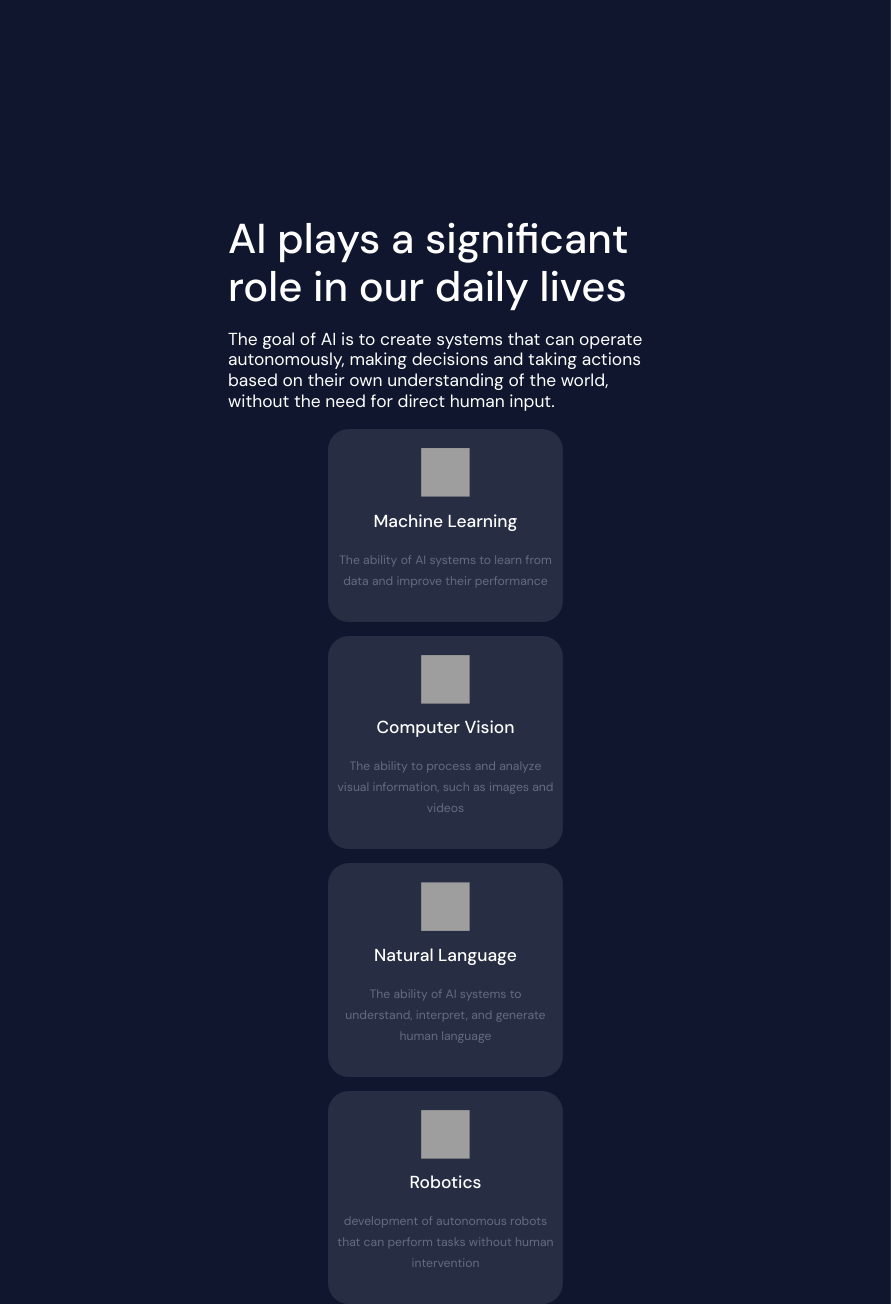
Repository: guli95/four-areas-of-AI-INVO-ACAdemy
Page: /
An editor plug-in stored every save of this project. The page is shown before and after the next save, followed by the edit.
The browser window is 1024 px wide. The pictures show the whole page, at 87% of full size.
Pictures or frames that could not be fetched are drawn as grey boxes. The project was rebuilt for these pictures with package versions that can differ from the ones it lists, and the page was loaded fresh each time.

Above is the page before, as saved 2023-03-13 16:01:18.

### index.html
<!DOCTYPE html>
<html lang="en">

<head>
  <meta charset="UTF-8" />
  <link rel="icon" type="image/svg+xml" href="/vite.svg" />
  <meta name="viewport" content="width=device-width, initial-scale=1.0" />
  <title>Four AI areas</title>
</head>

<!-- In order to start your challenge, remove all the content inside <div id="home-page"></div> and start coding :) -->

<body>
  <div id="home-page">
    <div class="flexbox-container">
      <div class="heading-wrapper">
        <h1 class="heading-title">AI plays a significant role in our daily lives</h1>
        <p class="heading-text">The goal of AI is to create systems that can operate autonomously, making decisions and taking actions based on their own understanding of the world, without the need for direct human input.</p>
      </div>
      <div class="card-container">
        <a href="" class="card-link">
        <div class="card">
          <img src="./public/images/card-icon1.png" alt="" class="card-img" role="presentation">
          <h3 class="card-title">Machine Learning</h3>
          <p class="card-text">The ability of AI systems to learn from data and improve their performance</p>
        </div>
        </a>
        <a href="" class="card-link">
        <div class="card">
          <img src="./public/images/card-icon2.png" alt="" class="card-img" role="presentation">
          <h3 class="card-title">Computer Vision</h3>
          <p class="card-text">The ability to process and analyze visual information, such as images and videos</p>
        </div>
        </a>
        <a href="" class="card-link">
        <div class="card">
          <img src="./public/images/card-icon3.png" alt="" class="card-img" role="presentation">
          <h3 class="card-title">Natural Language</h3>
          <p class="card-text">The ability of AI systems to understand, interpret, and generate human language</p>
        </div>
        </a>
        <a href="" class="card-link">
        <div class="card">
          <img src="./public/images/card-icon4.png" alt="" class="card-img" role="presentation">
          <h3 class="card-title">Robotics</h3>
          <p class="card-text">development of autonomous robots that can perform tasks without human intervention</p>
        </div>
        </a>
      </div>
    </div>
  </div>

  <script type="module" src="/src/global-scripts/main.js"></script>
</body>

</html>

### src/global-scripts/main.js
/// Main JavaScript File
/// Here we import all the global JavaScript files we need for our project.

import "../global-styles/style.scss";
import "../../src/pages/home-page/styles/home-page.scss";

### src/global-styles/style.scss
/// Main Styles File
/// Here we import all the global Styles files we need for our project.

@import "styles/normalize.scss";
@import "styles/root.scss";
@import "styles/fonts.scss";

body {
  font-family: 'DS sans', sans-serif;
  color: var(--color-primary);
}

p {
  color: var(--color-on-surface);
}

### src/pages/home-page/styles/home-page.scss
/// Homepage Styles File
/// Here we import all the Styles files we need for our Homepage.
@import '../../../global-styles/styles/_root.scss';

#home-page{
    color: var(--color-white);
    font-family: 'DM Sans',sans-serif;
    height: 100%;

 .flexbox-container{
    max-width: 1440px;
    padding: 0 20px;
    display: flex;
    justify-content: center;
    margin: 160px auto 0 auto;
    gap: 0px;
    @media screen and (max-width:1191px) {
        flex-direction:column;
        align-items: center;
        margin-top: 247px;
    }
    @media screen and (max-width:480px) {
        padding: 48px 16px;
    }
    .heading-wrapper{
        font-family: "DM Sans", sans-serif;
        text-align: left ;
        vertical-align: top;
        max-width: 480px;
        padding-left: 30px;
        padding-right: 60px;
        @media screen and (max-width:1191px) {
            width: 100%;
            padding: 0 14px;
            max-width: 500px;
        }
        .heading-title{
            font-size: var(--text-xl);
            font-weight: 500;
            line-height: 115%;
            letter-spacing: 0.2%;
            margin: 0 0 24px 0;
            @media screen and (max-width:1191px) {
                margin-bottom: 10px;

            }
            @media screen and (max-width:480px) {
                font-size: var(--text-l);
            }
        }
        .heading-text{
            font-size: var(--text-m);
            line-height: 24px;
            font-weight: 300;

        }
        @media screen and (max-width:480px) {
            font-size: var(--text-s);
        }
    }
    .card-container{
        display: flex;
        justify-content: center;
        flex-wrap: wrap;
        gap: 24px;
        max-width: 620px;
        @media screen and (max-width:1191px) {
            width: 100%;
            gap:16px;
            max-width: 500px;
        }
        .card-link{
            display: flex;
            color: var(--color-white);
            text-decoration: none;
            flex-direction: column;
            // justify-content: space-evenly;
            align-items: center;
            max-width: 240px;
            max-width: 250px;
            min-height: 200px;
            padding: 22px 10px;
            background-color:var(--color-secondary-grey);
            text-align: center;
            border-radius: var(--rounding-big);
            transition: .2s;
            &:hover{
                background-color: lighten($color: #272D42, $amount: 10) ;
            }
            @media screen and (max-width:1191px) {
                width: 100%;
                min-height:auto;
            }
            @media screen and (max-width:480px) {
                width: 100%;
                min-height:auto;
            }
            .card-img{
                width: 64px;
                height: 64px;
                @media screen and (max-width:1024px) {
                    width: 56px;
                    height: 56px;
                }
            }
            .card-title{
                font-size: var(--text-m);
                font-weight: 500;
                margin-top: 12px;
            }
            .card-text{
                font-size: var(--text-s);
                mix-blend-mode:soft-light;
                line-height: 24px;
                @media screen and (max-width:1024px) {
                    font-size: var(--text-xs);
                }
            }
        }

    }
}

}

### src/global-styles/styles/normalize.scss
/*! normalize.css v8.0.1 | MIT License | github.com/necolas/normalize.css */

/* Document
   ========================================================================== */

/**
 * 1. Correct the line height in all browsers.
 * 2. Prevent adjustments of font size after orientation changes in iOS.
 */

html {
  line-height: 1.15; /* 1 */
  -webkit-text-size-adjust: 100%; /* 2 */
  background-color: var(--color-primary-dark-blue);
}

/* Sections
   ========================================================================== */

/**
 * Remove the margin in all browsers.
 */

body {
  margin: 0;
}

/**
 * Render the `main` element consistently in IE.
 */

main {
  display: block;
}

/**
 * Correct the font size and margin on `h1` elements within `section` and
 * `article` contexts in Chrome, Firefox, and Safari.
 */

h1 {
  font-size: 2em;
  margin: 0.67em 0;
}

/* Grouping content
   ========================================================================== */

/**
 * 1. Add the correct box sizing in Firefox.
 * 2. Show the overflow in Edge and IE.
 */

hr {
  box-sizing: content-box; /* 1 */
  height: 0; /* 1 */
  overflow: visible; /* 2 */
}

/**
 * 1. Correct the inheritance and scaling of font size in all browsers.
 * 2. Correct the odd `em` font sizing in all browsers.
 */

pre {
  font-family: monospace, monospace; /* 1 */
  font-size: 1em; /* 2 */
}

/* Text-level semantics
   ========================================================================== */

/**
 * Remove the gray background on active links in IE 10.
 */

a {
  background-color: transparent;
}

/**
 * 1. Remove the bottom border in Chrome 57-
 * 2. Add the correct text decoration in Chrome, Edge, IE, Opera, and Safari.
 */

abbr[title] {
  border-bottom: none; /* 1 */
  text-decoration: underline; /* 2 */
  text-decoration: underline dotted; /* 2 */
}

/**
 * Add the correct font weight in Chrome, Edge, and Safari.
 */

b,
strong {
  font-weight: bolder;
}

/**
 * 1. Correct the inheritance and scaling of font size in all browsers.
 * 2. Correct the odd `em` font sizing in all browsers.
 */

code,
kbd,
samp {
  font-family: monospace, monospace; /* 1 */
  font-size: 1em; /* 2 */
}

/**
 * Add the correct font size in all browsers.
 */

small {
  font-size: 80%;
}

/**
 * Prevent `sub` and `sup` elements from affecting the line height in
 * all browsers.
 */

sub,
sup {
  font-size: 75%;
  line-height: 0;
  position: relative;
  vertical-align: baseline;
}

sub {
  bottom: -0.25em;
}

sup {
  top: -0.5em;
}

/* Embedded content
   ========================================================================== */

/**
 * Remove the border on images inside links in IE 10.
 */

img {
  border-style: none;
}

/* Forms
   ========================================================================== */

/**
 * 1. Change the font styles in all browsers.
 * 2. Remove the margin in Firefox and Safari.
 */

button,
input,
optgroup,
select,
textarea {
  font-family: inherit; /* 1 */
  font-size: 100%; /* 1 */
  line-height: 1.15; /* 1 */
  margin: 0; /* 2 */
}

/**
 * Show the overflow in IE.
 * 1. Show the overflow in Edge.
 */

button,
input { /* 1 */
  overflow: visible;
}

/**
 * Remove the inheritance of text transform in Edge, Firefox, and IE.
 * 1. Remove the inheritance of text transform in Firefox.
 */

button,
select { /* 1 */
  text-transform: none;
}

/**
 * Correct the inability to style clickable types in iOS and Safari.
 */

button,
[type="button"],
[type="reset"],
[type="submit"] {
  -webkit-appearance: button;
}

/**
 * Remove the inner border and padding in Firefox.
 */

button::-moz-focus-inner,
[type="button"]::-moz-focus-inner,
[type="reset"]::-moz-focus-inner,
[type="submit"]::-moz-focus-inner {
  border-style: none;
  padding: 0;
}

/**
 * Restore the focus styles unset by the previous rule.
 */

button:-moz-focusring,
[type="button"]:-moz-focusring,
[type="reset"]:-moz-focusring,
[type="submit"]:-moz-focusring {
  outline: 1px dotted ButtonText;
}

/**
 * Correct the padding in Firefox.
 */

fieldset {
  padding: 0.35em 0.75em 0.625em;
}

/**
 * 1. Correct the text wrapping in Edge and IE.
 * 2. Correct the color inheritance from `fieldset` elements in IE.
 * 3. Remove the padding so developers are not caught out when they zero out
 *    `fieldset` elements in all browsers.
 */

legend {
  box-sizing: border-box; /* 1 */
  color: inherit; /* 2 */
  display: table; /* 1 */
  max-width: 100%; /* 1 */
  padding: 0; /* 3 */
  white-space: normal; /* 1 */
}

/**
 * Add the correct vertical alignment in Chrome, Firefox, and Opera.
 */

progress {
  vertical-align: baseline;
}

/**
 * Remove the default vertical scrollbar in IE 10+.
 */

textarea {
  overflow: auto;
}

/**
 * 1. Add the correct box sizing in IE 10.
 * 2. Remove the padding in IE 10.
 */

[type="checkbox"],
[type="radio"] {
  box-sizing: border-box; /* 1 */
  padding: 0; /* 2 */
}

/**
 * Correct the cursor style of increment and decrement buttons in Chrome.
 */

[type="number"]::-webkit-inner-spin-button,
[type="number"]::-webkit-outer-spin-button {
  height: auto;
}

/**
 * 1. Correct the odd appearance in Chrome and Safari.
 * 2. Correct the outline style in Safari.
 */

[type="search"] {
  -webkit-appearance: textfield; /* 1 */
  outline-offset: -2px; /* 2 */
}

/**
 * Remove the inner padding in Chrome and Safari on macOS.
 */

[type="search"]::-webkit-search-decoration {
  -webkit-appearance: none;
}

/**
 * 1. Correct the inability to style clickable types in iOS and Safari.
 * 2. Change font properties to `inherit` in Safari.
 */

::-webkit-file-upload-button {
  -webkit-appearance: button; /* 1 */
  font: inherit; /* 2 */
}

/* Interactive
   ========================================================================== */

/*
 * Add the correct display in Edge, IE 10+, and Firefox.
 */

details {
  display: block;
}

/*
 * Add the correct display in all browsers.
 */

summary {
  display: list-item;
}

/* Misc
   ========================================================================== */

/**
 * Add the correct display in IE 10+.
 */

template {
  display: none;
}

/**
 * Add the correct display in IE 10.
 */

[hidden] {
  display: none;
}

### src/global-styles/styles/root.scss
/// Root Styles file
/// Here we define all the root variables we need for our project.
/// For examples see Material Design color system: https://m2.material.io/design/color/the-color-system.html

:root {
    $--color-primary-dark-blue: #0F162D !global;
    --color-primary-pink: #CA59FF;
    --color-primary-purple: #6C7CFF;
    --color-primary-green: #2AFFFF;
    --color-primary-yellow: #FFF629;
    --color-white: #FFFFFF;
    --color-black: #000;
    --color-secondary-grey:#272D42;

}

### src/global-styles/styles/fonts.scss
/// Main Fonts File
/// Here we import all the fonts files we need for our project.

@import url('https://fonts.googleapis.com/css2?family=Roboto:ital,wght@0,100;0,300;0,400;0,500;0,700;0,900;1,100;1,300;1,400;1,500;1,700;1,900&display=swap');
@import url('https://fonts.googleapis.com/css2?family=DM+Sans:wght@400;500&display=swap');

### src/global-styles/styles/_root.scss
/// Root Styles file
/// Here we define all the root variables we need for our project.
/// For examples see Material Design color system: https://m2.material.io/design/color/the-color-system.html

:root {
    //colors
    --color-primary-dark-blue: #0F162D ;
    --color-primary-pink: #CA59FF;
    --color-primary-purple: #6C7CFF;
    --color-primary-green: #2AFFFF;
    --color-primary-yellow: #FFF629;
    --color-white: #FFFFFF;
    --color-black: #000;
    --color-secondary-grey:#272D42;

    //font-size
    --text-xl:48px;
    --text-l:32px;
    --text-m:20px;
    --text-s:16px;
    --text-xs:14px;

    //rounding
    --rounding-big:24px;
    --rounding-small:16px;
}

After the next save:
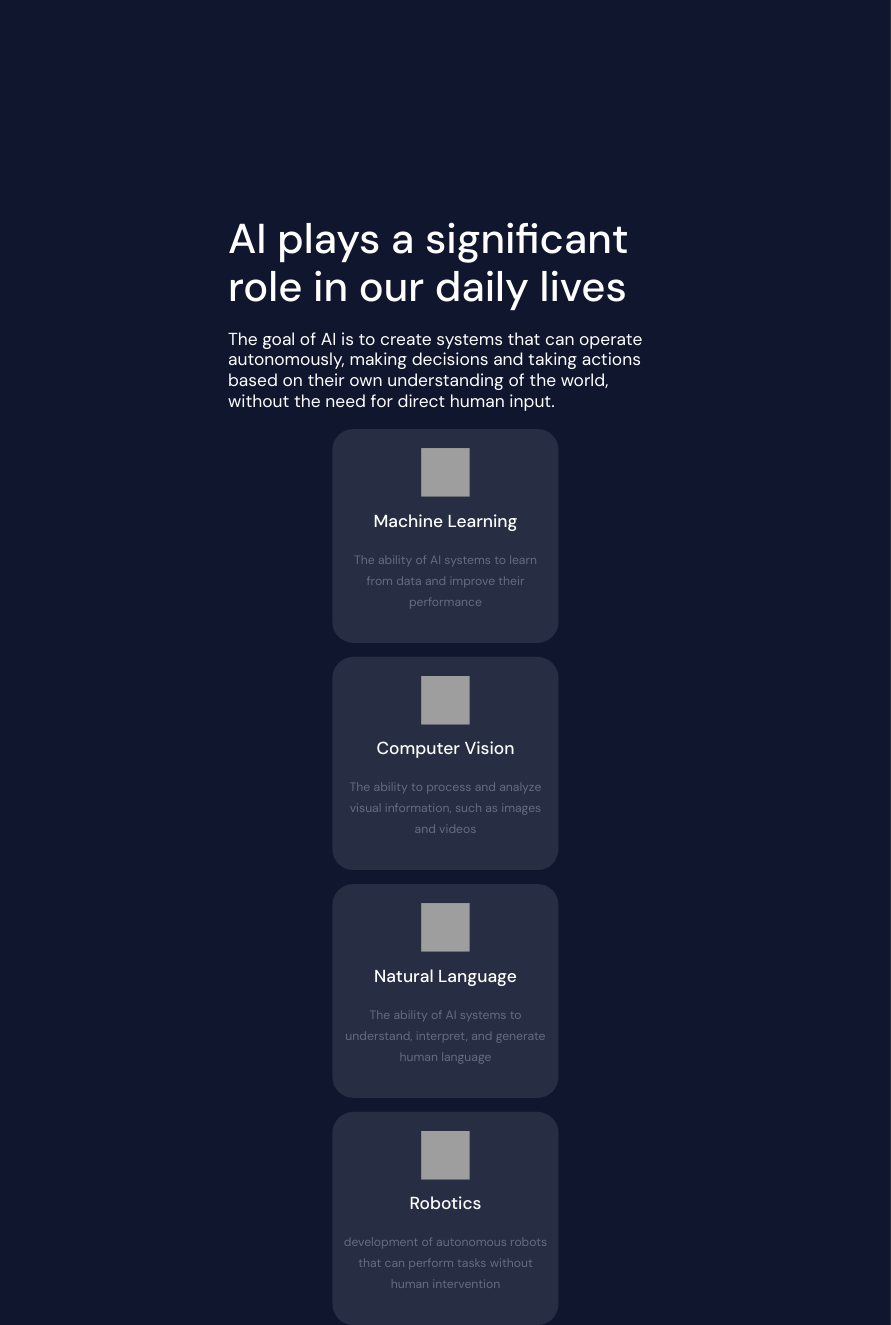
Saved 10 s later.
--- a/src/pages/home-page/styles/home-page.scss
+++ b/src/pages/home-page/styles/home-page.scss
@@ -88,8 +88,7 @@
                 background-color: lighten($color: #272D42, $amount: 10) ;
             }
             @media screen and (max-width:1191px) {
-                width: 100%;
-                min-height:auto;
+                max-width: 240px;
             }
             @media screen and (max-width:480px) {
                 width: 100%;
